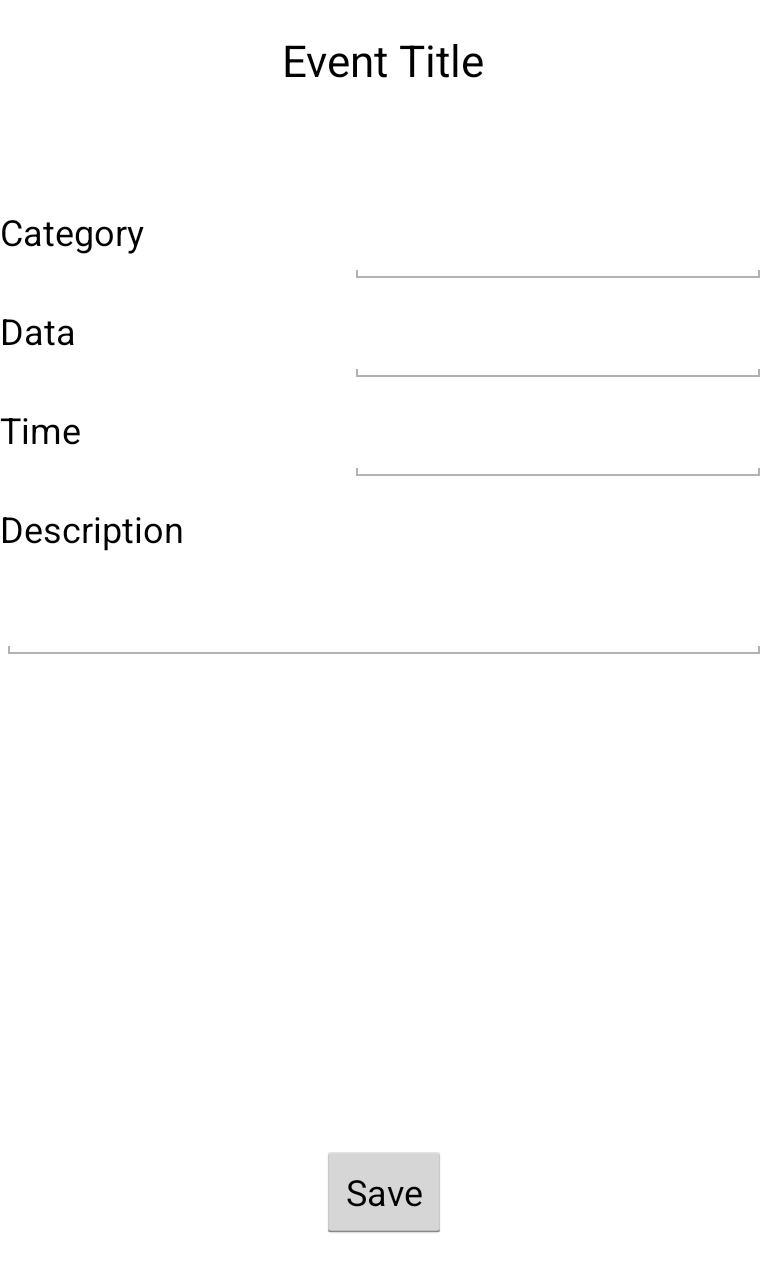
Repository: ctc8631/Android-dev
Layout: WorkDone/res/layout/activity_save.xml
The author's editor kept a copy of each file at every save. The layout is drawn from the files as they stood at one save, then again after the next save.
It is drawn on a 768 x 1280 px phone screen (xhdpi) without system bars, with theme AppTheme; the app's code is not run.

Above is the layout before, as saved 2013-09-10 14:29:30.

### WorkDone/res/layout/activity_save.xml
<?xml version="1.0" encoding="utf-8"?>
<RelativeLayout xmlns:android="http://schemas.android.com/apk/res/android"
    android:id="@+id/RelativeLayout1"
    android:layout_width="match_parent"
    android:layout_height="match_parent"
    android:orientation="vertical" >


    <TextView
        android:id="@+id/textView1"
        android:layout_width="wrap_content"
        android:layout_height="wrap_content"
        android:layout_alignParentTop="true"
        android:layout_centerHorizontal="true"
        android:layout_marginTop="15dp"
        android:text="@string/event_title"
        android:textAppearance="?android:attr/textAppearanceLarge" />

    <TextView
        android:id="@+id/title"
        android:layout_width="match_parent"
        android:layout_height="wrap_content"
        android:layout_below="@+id/textView1"
        android:layout_centerHorizontal="true"
        android:layout_marginTop="15dp"
        android:ems="10"
        android:text=""
        />

    <TextView
        android:id="@+id/textView2"
        android:layout_width="wrap_content"
        android:layout_height="wrap_content"
        android:layout_alignLeft="@+id/title"
        android:layout_below="@+id/title"
        android:layout_marginTop="25dp"
        android:text="@string/event_cat"
        android:textAppearance="?android:attr/textAppearanceMedium" />

    <EditText
        android:id="@+id/cat"
        android:layout_width="wrap_content"
        android:layout_height="wrap_content"
        android:layout_alignRight="@+id/title"
        android:layout_below="@+id/title"
        android:layout_marginTop="25dp"
        android:ems="10"
        android:inputType="textCapWords"
        />

    <TextView
        android:id="@+id/textView3"
        android:layout_width="wrap_content"
        android:layout_height="wrap_content"
        android:layout_alignLeft="@+id/textView2"
        android:layout_below="@+id/cat"
        android:layout_marginTop="10dp"
        android:text="@string/event_date"
        android:textAppearance="?android:attr/textAppearanceMedium" />

    <EditText
        android:id="@+id/date"
        android:layout_width="wrap_content"
        android:layout_height="wrap_content"
        android:layout_alignLeft="@+id/cat"
        android:layout_below="@+id/cat"
        android:layout_marginTop="10dp"
        android:ems="10"
        android:inputType="date" />

    <TextView
        android:id="@+id/textView4"
        android:layout_width="wrap_content"
        android:layout_height="wrap_content"
        android:layout_alignLeft="@+id/textView3"
        android:layout_below="@+id/date"
        android:layout_marginTop="10dp"
        android:text="@string/event_time"
        android:textAppearance="?android:attr/textAppearanceMedium" />

    <EditText
        android:id="@+id/time"
        android:layout_width="wrap_content"
        android:layout_height="wrap_content"
        android:layout_alignLeft="@+id/date"
        android:layout_below="@+id/date"
        android:layout_marginTop="10dp"
        android:ems="10"
        android:inputType="time" />

    <TextView
        android:id="@+id/textView5"
        android:layout_width="wrap_content"
        android:layout_height="wrap_content"
        android:layout_alignLeft="@+id/textView4"
        android:layout_below="@+id/time"
        android:layout_marginTop="10dp"
        android:text="@string/event_descrip"
        android:textAppearance="?android:attr/textAppearanceMedium" />

    <EditText
        android:id="@+id/descrip"
        android:layout_width="match_parent"
        android:layout_height="wrap_content"
        android:layout_below="@+id/textView5"
        android:layout_marginTop="15dp"
        android:ems="10"
        android:inputType="textMultiLine" />

    <Button
        android:id="@+id/save"
        android:layout_width="wrap_content"
        android:layout_height="wrap_content"
        android:layout_alignParentBottom="true"
        android:layout_centerHorizontal="true"
        android:layout_marginBottom="20dp"
        android:text="@string/event_save" />

</RelativeLayout>

### WorkDone/res/values/strings.xml
<?xml version="1.0" encoding="utf-8"?>
<resources>

    <string name="app_name">WorkDone</string>
    <string name="action_settings">Settings</string>
    <string name="event_title">Event Title</string>
    <string name="event_cat">Category</string>
    <string name="event_date">Data</string>
    <string name="event_time">Time</string>
    <string name="event_descrip">Description</string>
    <string name="event_save">Save</string>

</resources>

Loaded but not shown: WorkDone/res/values/styles.xml (common file); WorkDone/res/values-v11/styles.xml (common file); WorkDone/res/values-v14/styles.xml (common file)

After the next save:
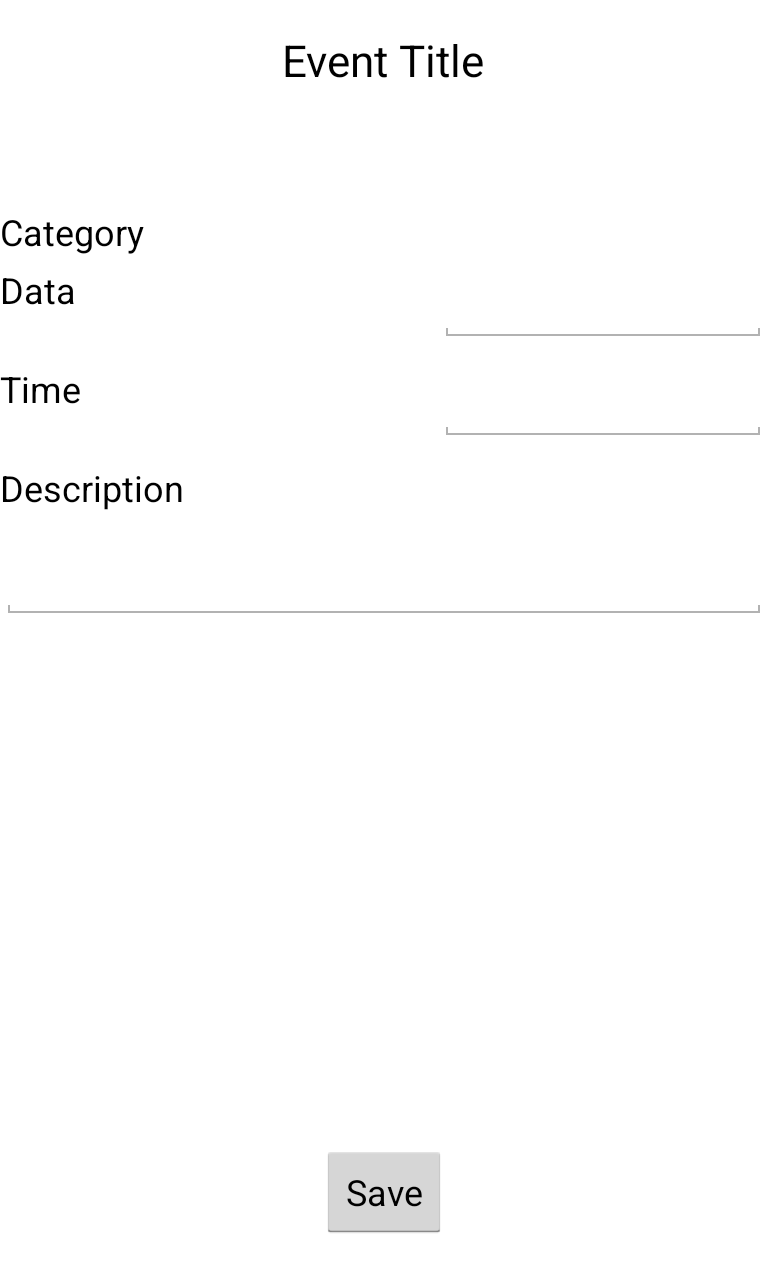
Saved 35 s later.
--- a/WorkDone/res/layout/activity_save.xml
+++ b/WorkDone/res/layout/activity_save.xml
@@ -37,7 +37,7 @@
         android:text="@string/event_cat"
         android:textAppearance="?android:attr/textAppearanceMedium" />
 
-    <EditText
+    <TextView
         android:id="@+id/cat"
         android:layout_width="wrap_content"
         android:layout_height="wrap_content"
@@ -45,7 +45,7 @@
         android:layout_below="@+id/title"
         android:layout_marginTop="25dp"
         android:ems="10"
-        android:inputType="textCapWords"
+        android:text=""
         />
 
     <TextView
